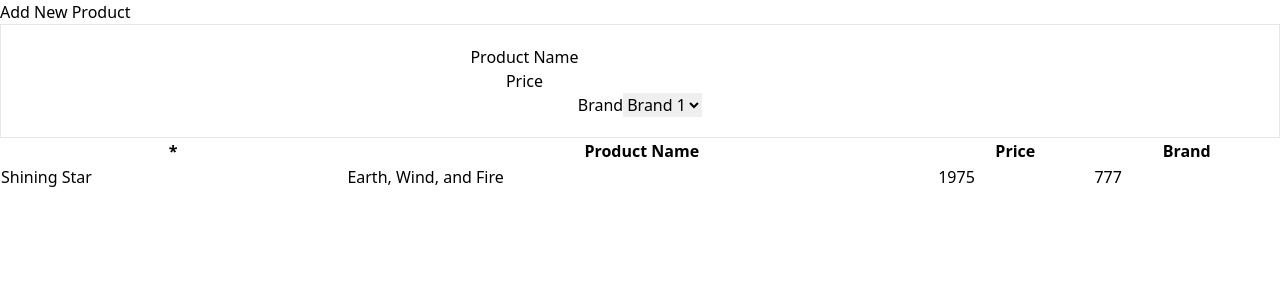
Repository: Semanmernstack/next-13-prisma-crud
Page: /product
These files come from the project's save history. The page is drawn as it stood at one moment and after the next save; the edit follows.
The browser window is 1280 px wide. The pictures show the whole page.
The project was rebuilt for these pictures with package versions that can differ from the ones it lists, and the page was loaded fresh each time. The framework's server and built-in components were replaced by stand-ins that run in the browser. Also part of the build but not shown: next.config.js.

Above is the page before, as saved 2023-06-01 00:44:42.

### app/layout.tsx
import './globals.css'
import { Inter } from 'next/font/google'



export const metadata = {
  title: 'Create Next App',
  description: 'Generated by create next app',
}

export default function RootLayout({
  children,
}: {
  children: React.ReactNode
}) {
  return (
    <html lang="en">
      <body className="">{children}</body>
    </html>
  )
}

### app/product/page.tsx
import React from 'react'
import AddPrisma from '../components/AddPrisma'

function page() {
  return (
    <div>
        <AddPrisma/>
        <table className="table w-full items-center">
        <thead>
          <tr className="items-center">
            <th>*</th>
            <th>Product Name</th>
            <th>Price</th>
            <th>Brand</th>
          </tr>
        </thead>
        <tbody>

          <tr>
            <td>Shining Star</td>
            <td>Earth, Wind, and Fire</td>
            <td>1975</td>
            <td>777</td>
          </tr>
        </tbody>
      </table>



    </div>
  )
}

export default page

### app/components/AddPrisma.tsx
"use client"
import React, { useState } from 'react'

function AddPrisma() {
    const [product, setProduct] = useState("");
    const [price, setPrice] = useState("")
    const [brand, setBrand] = useState("")
    const [open, setOpen] = useState(true)

    const handleOpen = () => {
        setOpen(false)
    }
  return (
    <div>
        <button onClick={handleOpen}>Add New Product</button>
        <form className=" flex flex-col items-center justify-center border w-full decoration-slate-400 p-5 z-50" >
            <div>
                <label>Product Name</label>
                <input type="text" value={product} onChange={(e) => setProduct(e.target.value)} />
            </div>
            <div>
                <label >Price</label>
                <input type="text" value={price} onChange={(e) => setPrice(e.target.value)} />
            </div>
            <div>
                <label>Brand</label>
                <select value={brand} onChange={(e) => setBrand(e.target.value)} >
                    <option value="" disabled>Brand 1</option>
                    <option value="">Brand 2</option>
                </select>
            </div>



        </form>
    </div>

  )
}

export default AddPrisma

Loaded but not shown: app/globals.css (common file); tailwind.config.js (common file)

After the next save:
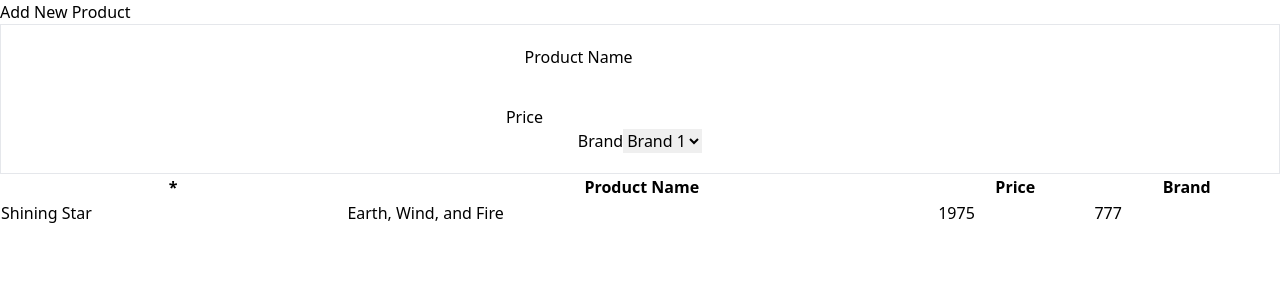
Saved 87 s later.
--- a/app/components/AddPrisma.tsx
+++ b/app/components/AddPrisma.tsx
@@ -13,8 +13,8 @@
   return (
     <div>
         <button onClick={handleOpen}>Add New Product</button>
-        <form className=" flex flex-col items-center justify-center border w-full decoration-slate-400 p-5 z-50" >
-            <div>
+        <form className=" flex flex-col items-center justify-center border max-w-8xl decoration-slate-400 p-5 z-50" >
+            <div className='flex flex-col space-y-3'>
                 <label>Product Name</label>
                 <input type="text" value={product} onChange={(e) => setProduct(e.target.value)} />
             </div>
